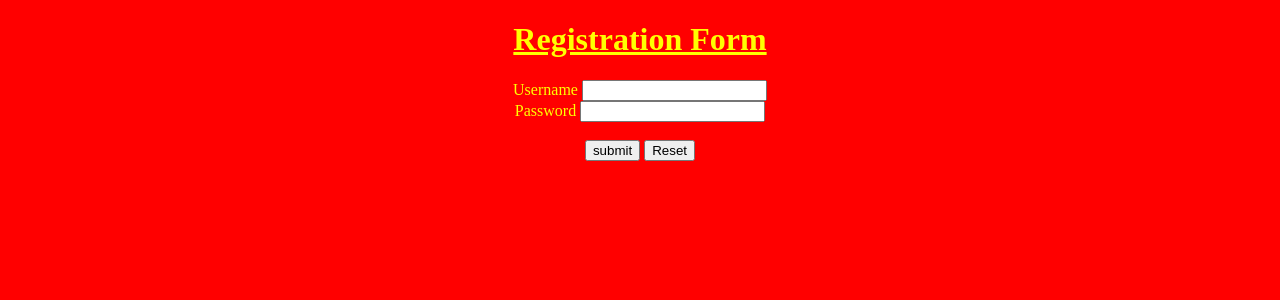
Repository: venugopalakrishnamylavarapu/Naresh-It-Full-Stack-java-Developer
Page: Advanced Java/Coding/Login/src/main/webapp/reg.html
These files come from the project's save history. The page is drawn as it stood at one moment and after the next save; the edit follows.
The browser window is 1280 px wide. The pictures show the whole page.

Above is the page before, as saved 2023-02-08 15:23:02.

After the next save:
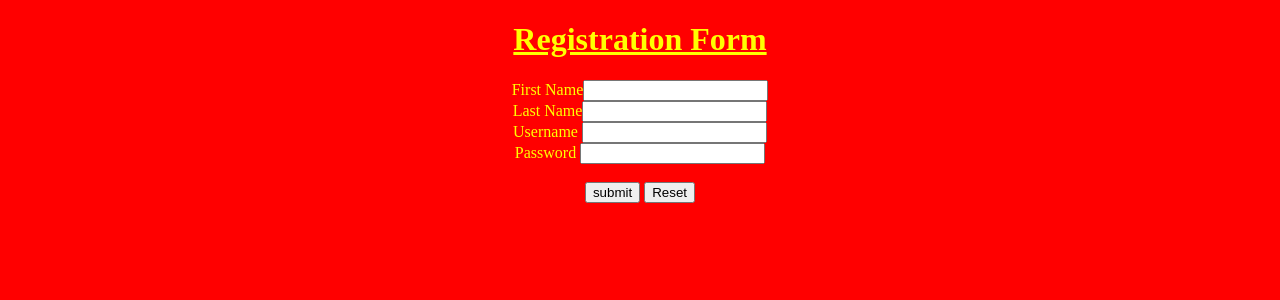
Saved 36 s later.
--- a/Advanced Java/Coding/Login/src/main/webapp/reg.html
+++ b/Advanced Java/Coding/Login/src/main/webapp/reg.html
@@ -8,6 +8,8 @@
 <center>
 <h1><u>Registration Form</u></h1>
 <form action="reg" method="POST">
+First Name<input type="text"><br>
+Last Name<input type="text"><br>
 Username <input type="text" name="uname"><br>
 Password <input type="password" name="pword"><br><br>
 <input type="submit" value="submit">&nbsp<input type="reset">
